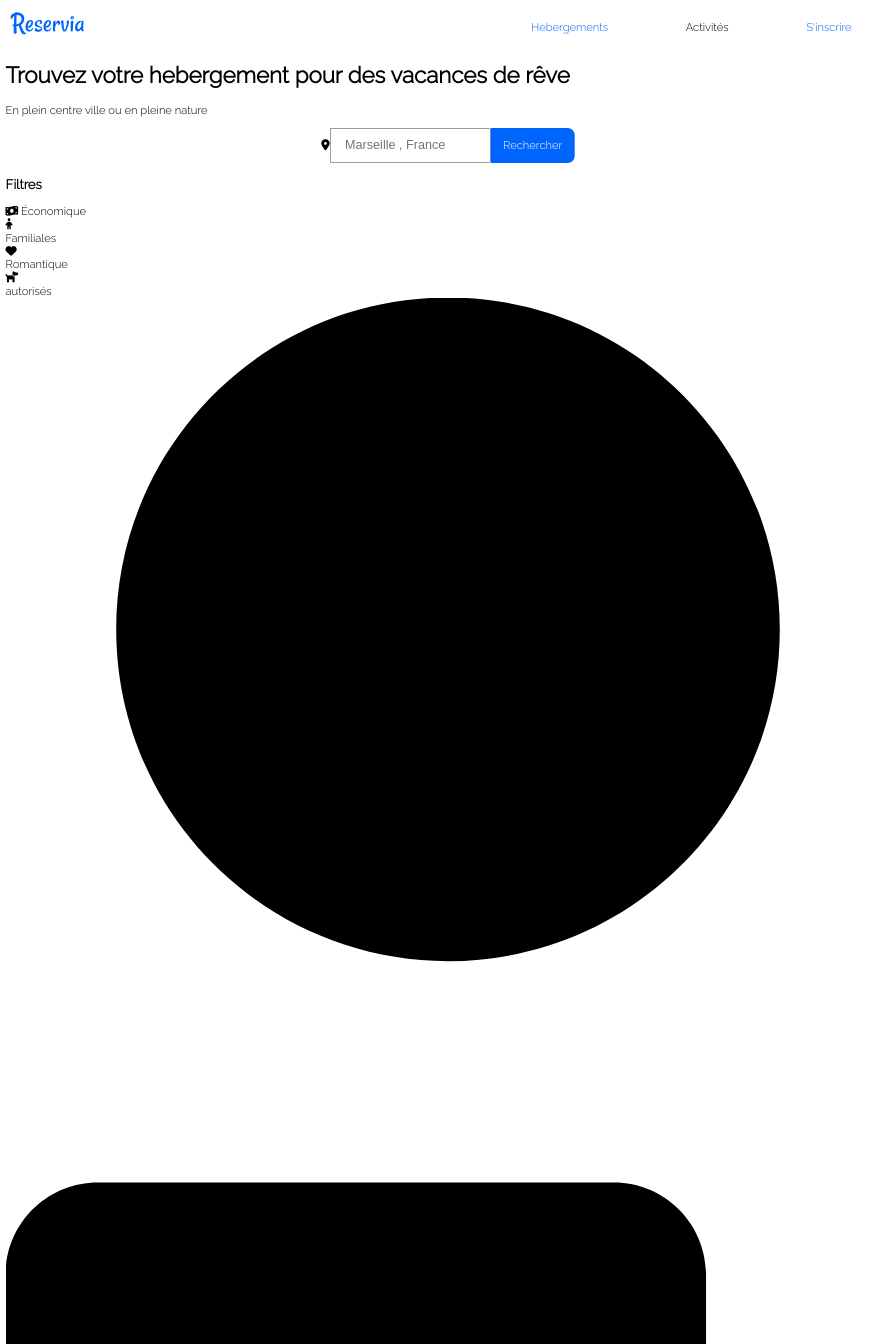
Repository: jaydeeonghub/DYLANBARBARISI_2_16062021
Page: index.html
An editor plug-in stored every save of this project. The page is shown before and after the next save, followed by the edit.
The browser window is 1280 px wide. The pictures show the part of the page from y = 0 to 1920 px (the page is 61310 px tall before and 61289 px after), at 70% of full size.
Some web libraries are served in a nearby version.

Above is the page before, as saved 2021-07-06 18:08:05.

After the next save:
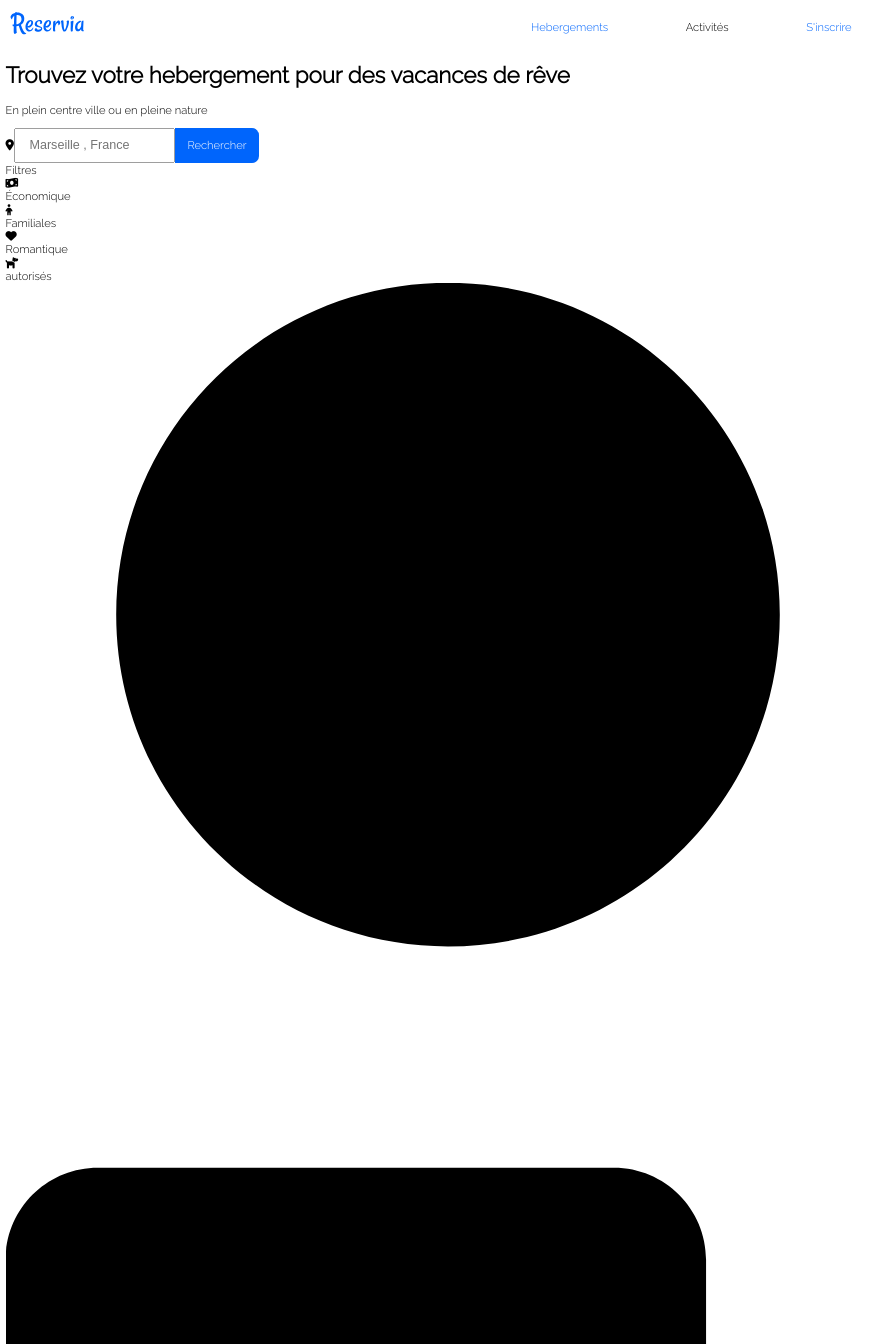
Saved 48 s later.
--- a/index.html
+++ b/index.html
@@ -31,14 +31,14 @@
     <h1>Trouvez votre hebergement pour des vacances de rêve</h1> <!--Titre d'accroche de la landing page-->
     <p>En plein centre ville ou en pleine nature</p>
 
-      <div class="flexCentre">
+      <div class="filtre margFiltreTitre">
         <div><i class="fas fa-map-marker-alt"></i></div>
         <div><input class="recherche flexCentre bordureNone paddingSearch" type="search" placeholder="Marseille , France" /></div>
         <Rechercher class="backBleu flexCentre buttonSearch">Rechercher</div>
           </div>
 
-          <div><h3>Filtres</h3></div>
-          <div><i class="fas fa-money-bill-wave"></i> Économique</div>
+          <div class="margFiltreTitre"<h3>Filtres</h3></div>
+          <div><i class="fas fa-money-bill-wave"></i><div>Économique</div></div>
           <div><i class="fas fa-child"></i><div>Familiales</div></div>
           <div><i class="fas fa-heart"></i><div>Romantique</div></div>
           <div><i class="fas fa-dog"></i><div>autorisés</div></div>
